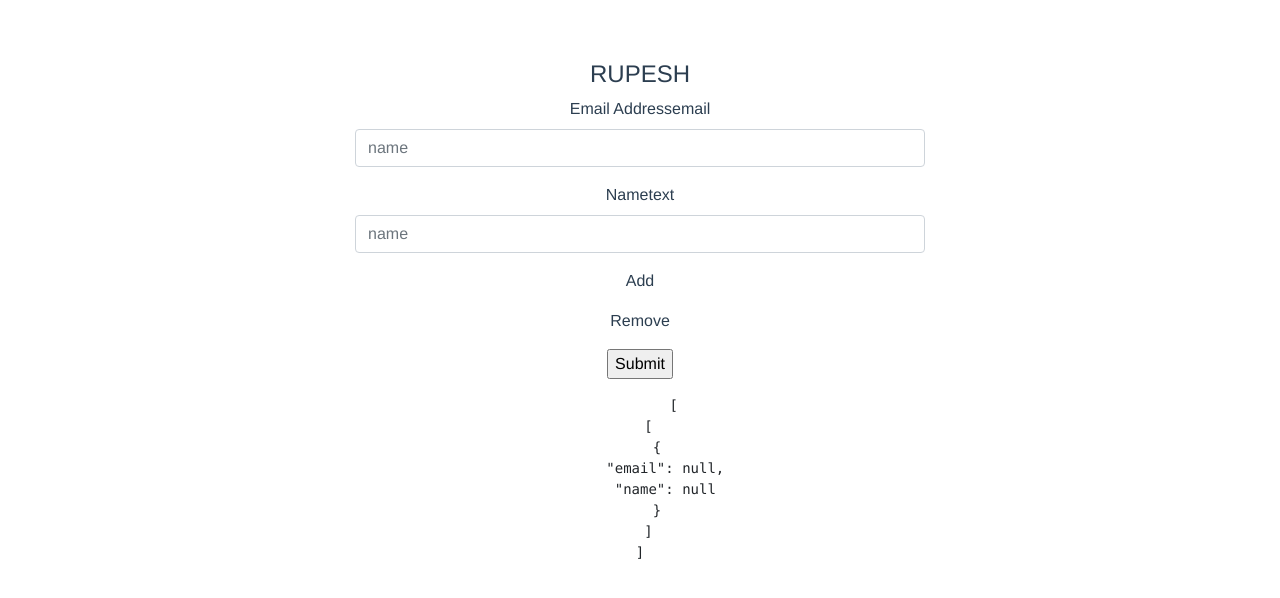
Repository: rupeshpawar93/vue-profile
Page: /company-form
These files come from the project's save history. The page is drawn as it stood at one moment and after the next save; the edit follows.
The browser window is 1280 px wide. The pictures show the whole page.
The project was rebuilt for these pictures with package versions that can differ from the ones it lists, and the page was loaded fresh each time. Also part of the build but not shown: webpack.config.js, src/components/Portfolio.vue, src/components/PortfolioDetail.vue, src/components/Mycart.vue.

Above is the page before, as saved 2019-11-06 15:35:15.

### index.html
<!DOCTYPE html>
<html lang="en">
  <head>
    <meta charset="utf-8">
    <title>Portfolio Manager</title>
  </head>
  <body>
    <div id="app"></div>
    <script src="/dist/build.js"></script>
  </body>
</html>

### src/main.js
import Vue from 'vue'
import BootstrapVue from 'bootstrap-vue'
import 'bootstrap/dist/css/bootstrap.css'
import 'bootstrap-vue/dist/bootstrap-vue.css'
import App from './App'
import router from './router'
import { store } from './store/store.js'

Vue.use(BootstrapVue)

Vue.config.productionTip = false

new Vue({
	el: '#app',
	router,
	store,
	template: '<App/>',
	components: { App }
})

### src/App.vue
<template>
  <div id="app">
    <router-view></router-view>
  </div>
</template>

<script>
	export default {
	  name: 'app'
	}
</script>


<style>
	#app {
		font-family: 'Avenir', Helvetica, Arial, sans-serif;
		-webkit-font-smoothing: antialiased;
		-moz-osx-font-smoothing: grayscale;
		text-align: center;
		color: #2c3e50;
		margin-top: 60px;
	}

	h1, h2 {
		font-weight: normal;
	}
</style>

### src/router/index.js
import Vue from 'vue'
import Router from 'vue-router'
import Portfolio from '@/components/Portfolio'
import PortfolioDetail from '@/components/PortfolioDetail'
import MyCart from '@/components/Mycart'
import Company from '@/components/Company'
Vue.use(Router)

export default new Router({
    mode: 'history',
    routes: [
        {
            path: '/',
            name: 'Portfolio',
            component: Portfolio
        },
        {
            path: '/portfolio/detail',
            name: 'mycart',
            component: MyCart,
            props:true
        },
        {
            path:'/company-form',
            name: 'company',
            component: Company
        }
    ]
})

### src/store/store.js
import Vue from 'vue'
import Vuex from 'vuex'

Vue.use(Vuex)
export const store = new Vuex.Store({
    state: {
        myshare:0,
        sharePrice:0,
        first_name:'rupesh'
    },
    getters: {
        upperCase:state=>state.first_name.toUpperCase()
    },
    mutations: {
        increment(state,flag) {
            ++state.myshare
        },
        decrement(state,flag) {
            --state.myshare
        },
        addPrice(state,price) {
            state.sharePrice=state.sharePrice+price
        },
        minusPrice(state,price) {
            state.sharePrice=state.sharePrice-price
        }
    },
    actions: {
        addIncrement(context,flag) {
            if(flag){
                context.commit('increment')
            } else {
                context.commit('decrement')
            }
        },
        addPriceValue(context,[flag,price]) {
            if(flag) {
                context.commit('addPrice',price)
            } else {
                context.commit('minusPrice',price)
            }
        }
    }
});

### src/components/Company.vue
<template>
    <div>
        <h4>{{name}}</h4>
        <h3>{{company}}</h3>
        <form class="container" @submit.prevent="checkForm">
            <div v-for="(item,index) in items" v-bind:key="index">
                <!-- <div class="form-group">
                    <label for="exampleInputEmail1">Email address</label>
                    <input type="email" class="form-control" value=""  aria-describedby="emailHelp" v-model="item.email" placeholder="Enter email">
                </div> -->
                 <Input :item="item" :name="'Email Address'" :type="'email'"/>
                <Input :item="item" :name="'Name'" :type="'text'"/>
                <!-- <div class="form-group">
                    <label for="exampleInputPassword1">Name</label>
                    <input type="text" class="form-control" value="" id="exampleInputPassword1" placeholder="name" v-model="item.name">
                </div> -->
            </div>
             <p @click="addnew">Add</p>
              <p @click="remove">Remove</p>
             <div class="form-group">
                <input type="submit" value="Submit">
            </div>
        </form>
        <p>
            <pre>
            {{this.items}}
            </pre>
        </p>
    </div>
</template>
<style scoped>
    .container {
        width:600px;
        margin: 0 auto;
    }
</style>>

</style>
<script>
import Input from './../reuse/Input'
export default {
    name: 'Company',
    data() {
        return {
            company:'',
            items:[]
        }
    },
    components: {Input},
    computed: {
        name() {
           return this.$store.getters.upperCase
        }
    },
    created() {
        this.company = this.$route.params.item.Company
    },
    methods: {
        checkForm() {
            console.log(this.items);
        },
        addnew() {
            this.items.push([
              {  email:null,
                name:null
            }])
        },
        remove() {
            this.items.splice(0,1)
        }
    },
    mounted() {
        this.addnew()
    }
}
</script>

### src/reuse/Input.vue
<template>
   <div class="form-group">
        <label for="exampleInputPassword1">{{name}}{{type}}</label>
        <input :type="type" class="form-control" value=""  placeholder="name" v-model="item.name">
    </div>
</template>

<script>
export default {
    name:'Input',
    props:{
        item:Array,
        name:String,
        type:String
    }
}
</script>

After the next save:
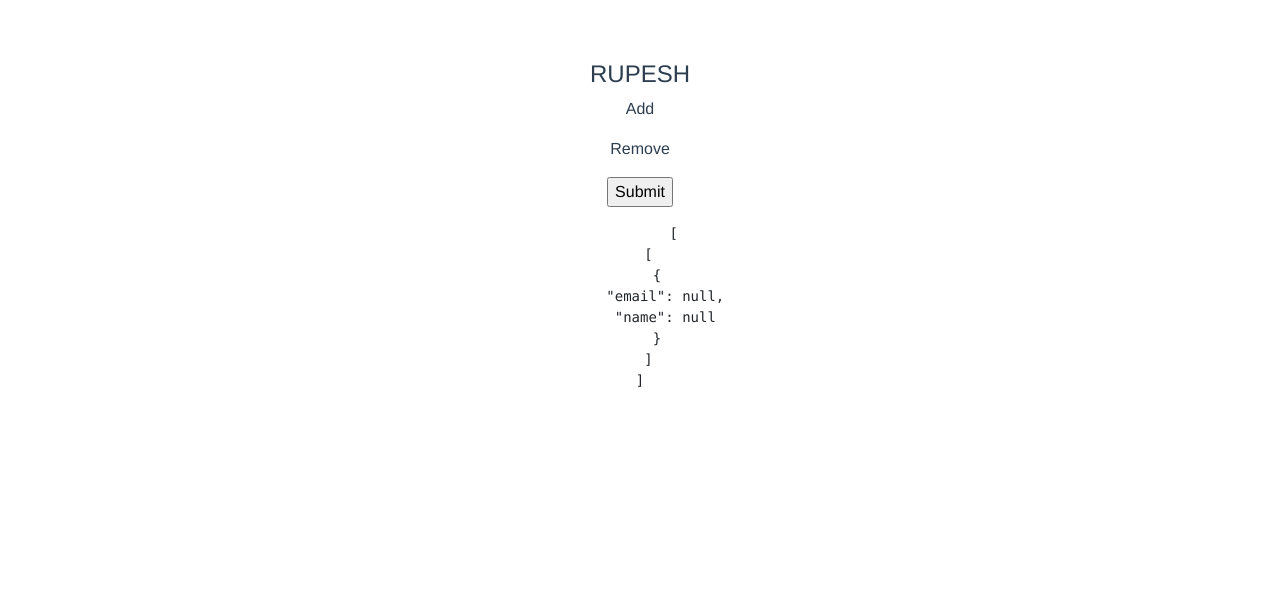
Saved 2 min 51 s later.
--- a/src/reuse/Input.vue
+++ b/src/reuse/Input.vue
@@ -1,7 +1,7 @@
 <template>
    <div class="form-group">
         <label for="exampleInputPassword1">{{name}}{{type}}</label>
-        <input :type="type" class="form-control" value=""  placeholder="name" v-model="item.name">
+        <input :type="type" class="form-control" value=""  placeholder="name" v-model="type=='email'?input.email:input.name">
     </div>
 </template>
 

After the 2 saves that followed:
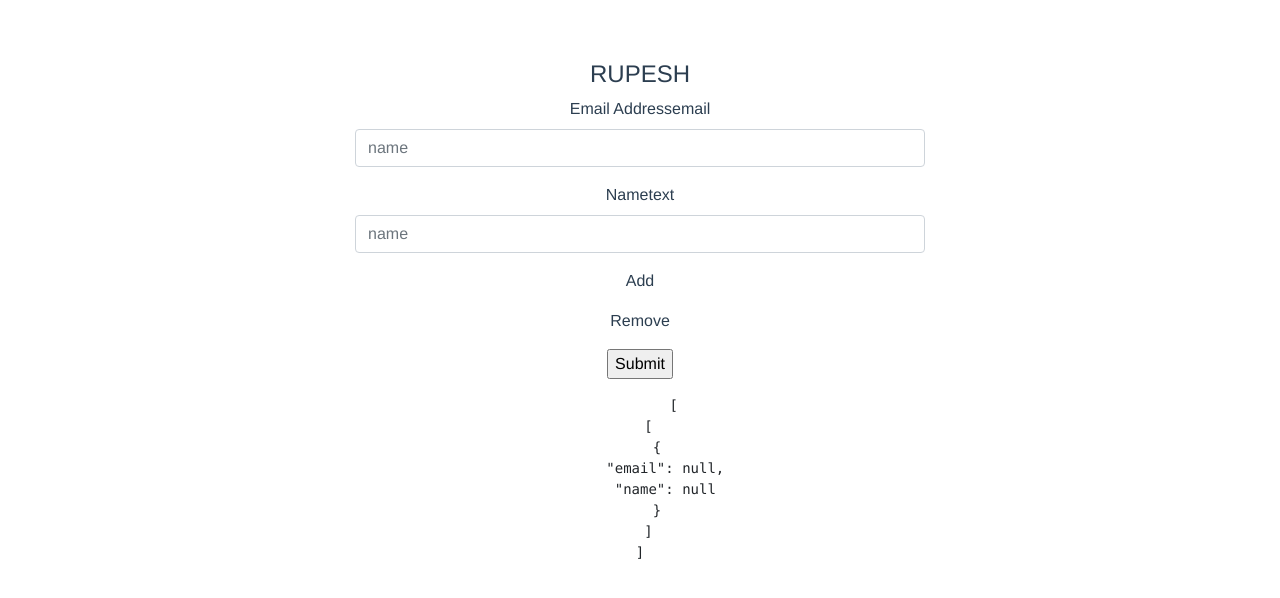
The 2 saves are shown as one change because 1 left the picture as it was.
The last was saved 40 s later.
--- a/src/reuse/Input.vue
+++ b/src/reuse/Input.vue
@@ -1,7 +1,7 @@
 <template>
    <div class="form-group">
         <label for="exampleInputPassword1">{{name}}{{type}}</label>
-        <input :type="type" class="form-control" value=""  placeholder="name" v-model="type=='email'?input.email:input.name">
+        <input :type="type" class="form-control" value=""  placeholder="name" v-model="item.name">
     </div>
 </template>
 
